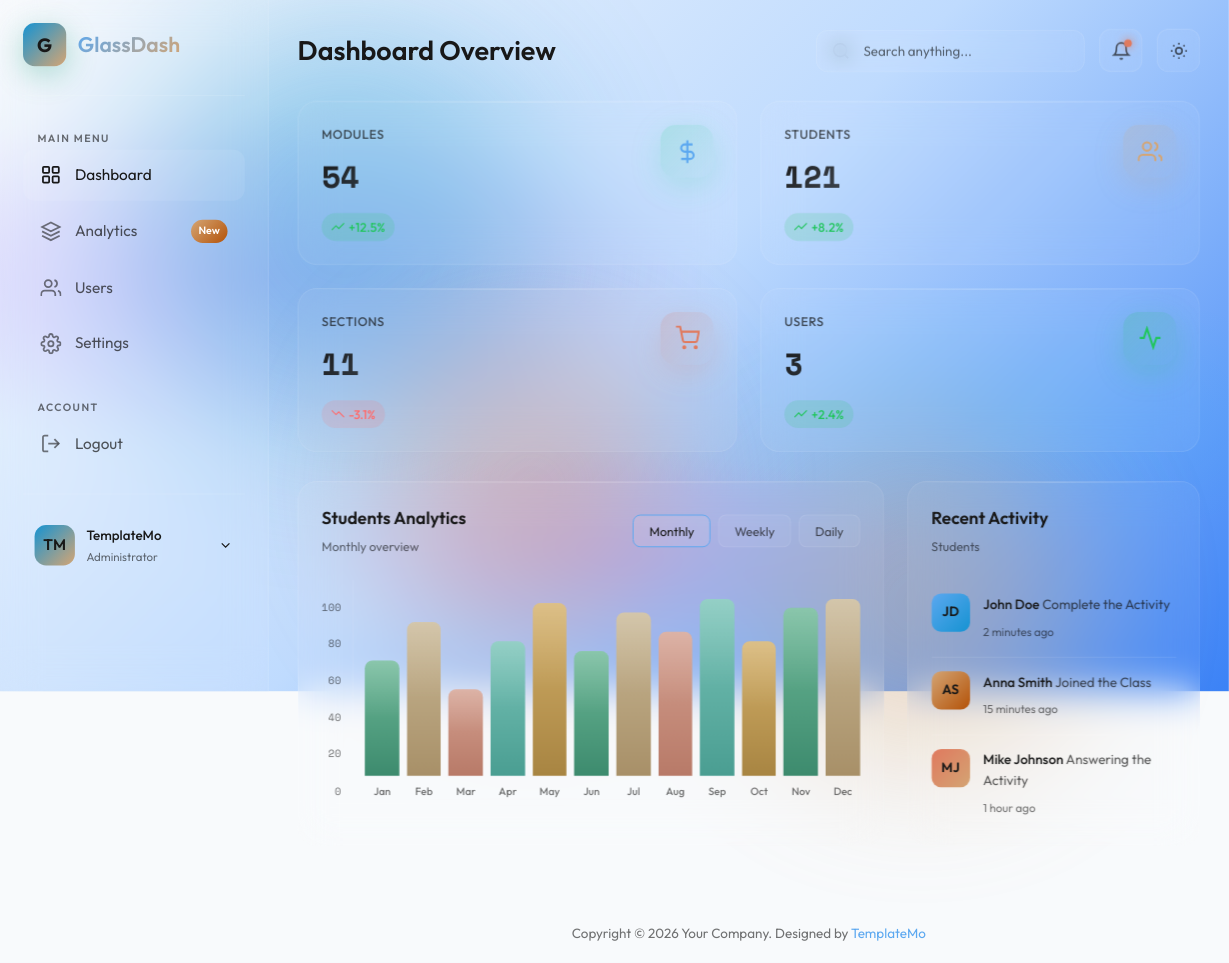
Repository: JetSpy-404/Storyboarding
Page: index.html
These files come from the project's save history. The page is drawn as it stood at one moment and after a run of saves; the edit follows.
The browser window is 1280 px wide. The pictures show the whole page, at 96% of full size.

Above is the page before, as saved 2026-03-29 19:22:40.

### index.html
<!DOCTYPE html>
<html lang="en">
<head>
    <meta charset="UTF-8">
    <meta name="viewport" content="width=device-width, initial-scale=1.0">
    <title>GlassAdmin Dashboard - 3D Glassmorphism Dashboard</title>
    <meta name="description" content="3D Glassmorphism Dashboard Template by TemplateMo">
    <link rel="preconnect" href="https://fonts.googleapis.com">
    <link rel="preconnect" href="https://fonts.gstatic.com" crossorigin>
    <link href="https://fonts.googleapis.com/css2?family=Outfit:wght@300;400;500;600;700&family=Space+Mono:wght@400;700&display=swap" rel="stylesheet">
    <link rel="stylesheet" href="templatemo-glass-admin-style.css">
    <!--

TemplateMo 607 Glass Admin

https://templatemo.com/tm-607-glass-admin

-->
</head>
<body>
    <!-- Animated Background -->
    <div class="background"></div>
    <div class="orb orb-1"></div>
    <div class="orb orb-2"></div>
    <div class="orb orb-3"></div>

    <div class="dashboard">
        <!-- Sidebar -->
        <aside class="sidebar" id="sidebar">
            <div class="sidebar-header">
                <div class="logo">G</div>
                <span class="logo-text">GlassDash</span>
            </div>

            <ul class="nav-menu">
                <li class="nav-section">
                    <span class="nav-section-title">Main Menu</span>
                    <ul>
                        <li class="nav-item">
                            <a href="index.html" class="nav-link active">
                                <svg class="nav-icon" viewBox="0 0 24 24" fill="none" stroke="currentColor" stroke-width="2">
                                    <rect x="3" y="3" width="7" height="7" rx="1"/>
                                    <rect x="14" y="3" width="7" height="7" rx="1"/>
                                    <rect x="3" y="14" width="7" height="7" rx="1"/>
                                    <rect x="14" y="14" width="7" height="7" rx="1"/>
                                </svg>
                                Dashboard
                            </a>
                        </li>
                        <li class="nav-item">
                            <a href="analytics.html" class="nav-link">
                                <svg class="nav-icon" viewBox="0 0 24 24" fill="none" stroke="currentColor" stroke-width="2">
                                    <path d="M12 2L2 7l10 5 10-5-10-5z"/>
                                    <path d="M2 17l10 5 10-5"/>
                                    <path d="M2 12l10 5 10-5"/>
                                </svg>
                                Analytics
                                <span class="nav-badge">New</span>
                            </a>
                        </li>
                        <li class="nav-item">
                            <a href="users.html" class="nav-link">
                                <svg class="nav-icon" viewBox="0 0 24 24" fill="none" stroke="currentColor" stroke-width="2">
                                    <path d="M17 21v-2a4 4 0 0 0-4-4H5a4 4 0 0 0-4 4v2"/>
                                    <circle cx="9" cy="7" r="4"/>
                                    <path d="M23 21v-2a4 4 0 0 0-3-3.87"/>
                                    <path d="M16 3.13a4 4 0 0 1 0 7.75"/>
                                </svg>
                                Users
                            </a>
                        </li>
                        <li class="nav-item">
                            <a href="settings.html" class="nav-link">
                                <svg class="nav-icon" viewBox="0 0 24 24" fill="none" stroke="currentColor" stroke-width="2">
                                    <circle cx="12" cy="12" r="3"/>
                                    <path d="M19.4 15a1.65 1.65 0 0 0 .33 1.82l.06.06a2 2 0 0 1 0 2.83 2 2 0 0 1-2.83 0l-.06-.06a1.65 1.65 0 0 0-1.82-.33 1.65 1.65 0 0 0-1 1.51V21a2 2 0 0 1-2 2 2 2 0 0 1-2-2v-.09A1.65 1.65 0 0 0 9 19.4a1.65 1.65 0 0 0-1.82.33l-.06.06a2 2 0 0 1-2.83 0 2 2 0 0 1 0-2.83l.06-.06a1.65 1.65 0 0 0 .33-1.82 1.65 1.65 0 0 0-1.51-1H3a2 2 0 0 1-2-2 2 2 0 0 1 2-2h.09A1.65 1.65 0 0 0 4.6 9a1.65 1.65 0 0 0-.33-1.82l-.06-.06a2 2 0 0 1 0-2.83 2 2 0 0 1 2.83 0l.06.06a1.65 1.65 0 0 0 1.82.33H9a1.65 1.65 0 0 0 1-1.51V3a2 2 0 0 1 2-2 2 2 0 0 1 2 2v.09a1.65 1.65 0 0 0 1 1.51 1.65 1.65 0 0 0 1.82-.33l.06-.06a2 2 0 0 1 2.83 0 2 2 0 0 1 0 2.83l-.06.06a1.65 1.65 0 0 0-.33 1.82V9a1.65 1.65 0 0 0 1.51 1H21a2 2 0 0 1 2 2 2 2 0 0 1-2 2h-.09a1.65 1.65 0 0 0-1.51 1z"/>
                                </svg>
                                Settings
                            </a>
                        </li>
                    </ul>
                </li>

                <li class="nav-section">
                    <span class="nav-section-title">Account</span>
                    <ul>
                        <li class="nav-item">
                            <a href="login.html" class="nav-link">
                                <svg class="nav-icon" viewBox="0 0 24 24" fill="none" stroke="currentColor" stroke-width="2">
                                    <path d="M9 21H5a2 2 0 0 1-2-2V5a2 2 0 0 1 2-2h4"/>
                                    <polyline points="16 17 21 12 16 7"/>
                                    <line x1="21" y1="12" x2="9" y2="12"/>
                                </svg>
                                Logout
                            </a>
                        </li>
                    </ul>
                </li>
            </ul>

            <div class="sidebar-footer">
                <div class="user-profile">
                    <div class="user-avatar">TM</div>
                    <div class="user-info">
                        <div class="user-name">TemplateMo</div>
                        <div class="user-role">Administrator</div>
                    </div>
                    <svg width="16" height="16" viewBox="0 0 24 24" fill="none" stroke="currentColor" stroke-width="2">
                        <polyline points="6 9 12 15 18 9"/>
                    </svg>
                </div>
            </div>
        </aside>

        <!-- Main Content -->
        <main class="main-content">
            <!-- Top Navbar -->
            <nav class="navbar">
                <h1 class="page-title">Dashboard Overview</h1>
                <div class="navbar-right">
                    <div class="search-box">
                        <svg class="search-icon" viewBox="0 0 24 24" fill="none" stroke="currentColor" stroke-width="2">
                            <circle cx="11" cy="11" r="8"/>
                            <line x1="21" y1="21" x2="16.65" y2="16.65"/>
                        </svg>
                        <input type="text" class="search-input" placeholder="Search anything...">
                    </div>
                    <button class="nav-btn">
                        <svg viewBox="0 0 24 24" fill="none" stroke="currentColor" stroke-width="2">
                            <path d="M18 8A6 6 0 0 0 6 8c0 7-3 9-3 9h18s-3-2-3-9"/>
                            <path d="M13.73 21a2 2 0 0 1-3.46 0"/>
                        </svg>
                        <span class="notification-dot"></span>
                    </button>
                    <button class="nav-btn" id="theme-toggle" title="Toggle Light/Dark Mode">
                        <svg class="icon-sun" viewBox="0 0 24 24" fill="none" stroke="currentColor" stroke-width="2">
                            <circle cx="12" cy="12" r="4"/>
                            <path d="M12 2v2"/><path d="M12 20v2"/>
                            <path d="M4.93 4.93l1.41 1.41"/><path d="M17.66 17.66l1.41 1.41"/>
                            <path d="M2 12h2"/><path d="M20 12h2"/>
                            <path d="M6.34 17.66l-1.41 1.41"/><path d="M19.07 4.93l-1.41 1.41"/>
                        </svg>
                        <svg class="icon-moon" viewBox="0 0 24 24" fill="none" stroke="currentColor" stroke-width="2" style="display: none;">
                            <path d="M21 12.79A9 9 0 1 1 11.21 3 7 7 0 0 0 21 12.79z"/>
                        </svg>
                    </button>
                </div>
            </nav>

            <!-- Stats Cards -->
            <section class="stats-grid">
                <div class="glass-card glass-card-3d stat-card">
                    <div class="stat-card-inner">
                        <div class="stat-info">
                            <h3>Modules</h3>
                            <div class="stat-value">54</div>
                            <span class="stat-change positive">
                                <svg width="14" height="14" viewBox="0 0 24 24" fill="none" stroke="currentColor" stroke-width="2"><polyline points="23 6 13.5 15.5 8.5 10.5 1 18"/></svg>
                                +12.5%
                            </span>
                        </div>
                        <div class="stat-icon cyan">
                            <svg viewBox="0 0 24 24" fill="none" stroke="var(--emerald-light)" stroke-width="2">
                                <line x1="12" y1="1" x2="12" y2="23"/><path d="M17 5H9.5a3.5 3.5 0 0 0 0 7h5a3.5 3.5 0 0 1 0 7H6"/>
                            </svg>
                        </div>
                    </div>
                </div>

                <div class="glass-card glass-card-3d stat-card">
                    <div class="stat-card-inner">
                        <div class="stat-info">
                            <h3>Students</h3>
                            <div class="stat-value">121</div>
                            <span class="stat-change positive">
                                <svg width="14" height="14" viewBox="0 0 24 24" fill="none" stroke="currentColor" stroke-width="2"><polyline points="23 6 13.5 15.5 8.5 10.5 1 18"/></svg>
                                +8.2%
                            </span>
                        </div>
                        <div class="stat-icon magenta">
                            <svg viewBox="0 0 24 24" fill="none" stroke="var(--gold)" stroke-width="2">
                                <path d="M17 21v-2a4 4 0 0 0-4-4H5a4 4 0 0 0-4 4v2"/><circle cx="9" cy="7" r="4"/>
                                <path d="M23 21v-2a4 4 0 0 0-3-3.87"/><path d="M16 3.13a4 4 0 0 1 0 7.75"/>
                            </svg>
                        </div>
                    </div>
                </div>

                <div class="glass-card glass-card-3d stat-card">
                    <div class="stat-card-inner">
                        <div class="stat-info">
                            <h3>Sections</h3>
                            <div class="stat-value">11</div>
                            <span class="stat-change negative">
                                <svg width="14" height="14" viewBox="0 0 24 24" fill="none" stroke="currentColor" stroke-width="2"><polyline points="23 18 13.5 8.5 8.5 13.5 1 6"/></svg>
                                -3.1%
                            </span>
                        </div>
                        <div class="stat-icon purple">
                            <svg viewBox="0 0 24 24" fill="none" stroke="var(--coral)" stroke-width="2">
                                <circle cx="9" cy="21" r="1"/><circle cx="20" cy="21" r="1"/>
                                <path d="M1 1h4l2.68 13.39a2 2 0 0 0 2 1.61h9.72a2 2 0 0 0 2-1.61L23 6H6"/>
                            </svg>
                        </div>
                    </div>
                </div>

                <div class="glass-card glass-card-3d stat-card">
                    <div class="stat-card-inner">
                        <div class="stat-info">
                            <h3>Users</h3>
                            <div class="stat-value">3</div>
                            <span class="stat-change positive">
                                <svg width="14" height="14" viewBox="0 0 24 24" fill="none" stroke="currentColor" stroke-width="2"><polyline points="23 6 13.5 15.5 8.5 10.5 1 18"/></svg>
                                +2.4%
                            </span>
                        </div>
                        <div class="stat-icon success">
                            <svg viewBox="0 0 24 24" fill="none" stroke="var(--success)" stroke-width="2">
                                <polyline points="22 12 18 12 15 21 9 3 6 12 2 12"/>
                            </svg>
                        </div>
                    </div>
                </div>
            </section>

            <!-- Content Grid -->
            <section class="content-grid">
                <!-- Chart Card -->
                <div class="glass-card chart-card">
                    <div class="card-header">
                        <div>
                            <h2 class="card-title">Students Analytics</h2>
                            <p class="card-subtitle">Monthly overview</p>
                        </div>
                        <div class="card-actions">
                            <button class="card-btn active">Monthly</button>
                            <button class="card-btn">Weekly</button>
                            <button class="card-btn">Daily</button>
                        </div>
                    </div>
                    <div class="chart-wrapper">
                        <div class="chart-container">
                            <div class="chart-y-axis">
                                <span class="y-value">100</span>
                                <span class="y-value">80</span>
                                <span class="y-value">60</span>
                                <span class="y-value">40</span>
                                <span class="y-value">20</span>
                                <span class="y-value">0</span>
                            </div>
                            <div class="chart-placeholder">
                                <div class="chart-bar-group"><div class="chart-bar bar-emerald" style="height: 120px;"></div><span class="chart-label">Jan</span></div>
                                <div class="chart-bar-group"><div class="chart-bar bar-gold" style="height: 160px;"></div><span class="chart-label">Feb</span></div>
                                <div class="chart-bar-group"><div class="chart-bar bar-coral" style="height: 90px;"></div><span class="chart-label">Mar</span></div>
                                <div class="chart-bar-group"><div class="chart-bar bar-teal" style="height: 140px;"></div><span class="chart-label">Apr</span></div>
                                <div class="chart-bar-group"><div class="chart-bar bar-amber" style="height: 180px;"></div><span class="chart-label">May</span></div>
                                <div class="chart-bar-group"><div class="chart-bar bar-emerald" style="height: 130px;"></div><span class="chart-label">Jun</span></div>
                                <div class="chart-bar-group"><div class="chart-bar bar-gold" style="height: 170px;"></div><span class="chart-label">Jul</span></div>
                                <div class="chart-bar-group"><div class="chart-bar bar-coral" style="height: 150px;"></div><span class="chart-label">Aug</span></div>
                                <div class="chart-bar-group"><div class="chart-bar bar-teal" style="height: 190px;"></div><span class="chart-label">Sep</span></div>
                                <div class="chart-bar-group"><div class="chart-bar bar-amber" style="height: 140px;"></div><span class="chart-label">Oct</span></div>
                                <div class="chart-bar-group"><div class="chart-bar bar-emerald" style="height: 175px;"></div><span class="chart-label">Nov</span></div>
                                <div class="chart-bar-group"><div class="chart-bar bar-gold" style="height: 200px;"></div><span class="chart-label">Dec</span></div>
                            </div>
                        </div>
                    </div>
                </div>

                <!-- Activity Feed -->
                <div class="glass-card activity-card">
                    <div class="card-header">
                        <div>
                            <h2 class="card-title">Recent Activity</h2>
                            <p class="card-subtitle">Students</p>
                        </div>
                    </div>
                    <div class="activity-list">
                        <div class="activity-item">
                            <div class="activity-avatar" style="background: linear-gradient(135deg, var(--emerald-light), var(--emerald));">JD</div>
                            <div class="activity-content">
                                <p class="activity-text"><strong>John Doe</strong> Complete the Activity</p>
                                <span class="activity-time">2 minutes ago</span>
                            </div>
                        </div>
                        <div class="activity-item">
                            <div class="activity-avatar" style="background: linear-gradient(135deg, var(--gold), var(--amber));">AS</div>
                            <div class="activity-content">
                                <p class="activity-text"><strong>Anna Smith</strong> Joined the Class</p>
                                <span class="activity-time">15 minutes ago</span>
                            </div>
                        </div>
                        <div class="activity-item">
                            <div class="activity-avatar" style="background: linear-gradient(135deg, var(--coral), var(--gold));">MJ</div>
                            <div class="activity-content">
                                <p class="activity-text"><strong>Mike Johnson</strong> Answering the Activity</p>
                                <span class="activity-time">1 hour ago</span>
                            </div>
                        </div>
                        <div class="activity-item">
                            <div class="activity-avatar" style="background: linear-gradient(135deg, var(--success), var(--emerald));">EW</div>
                            <div class="activity-content">
                                <p class="activity-text"><strong>Emily White</strong> Online.</p>
                                <span class="activity-time">2 hours ago</span>
                            </div>
                        </div>
                        <div class="activity-item">
                            <div class="activity-avatar" style="background: linear-gradient(135deg, var(--warning), var(--gold));">RB</div>
                            <div class="activity-content">
                                <p class="activity-text"><strong>Robert Brown</strong> Complete the Tasks.</p>
                                <span class="activity-time">3 hours ago</span>
                            </div>
                        </div>
                    </div>
                </div>
        </main>
    </div>

    <!-- Mobile Menu Toggle -->
    <button class="mobile-menu-toggle">
        <svg viewBox="0 0 24 24" fill="none" stroke="currentColor" stroke-width="2">
            <line x1="3" y1="12" x2="21" y2="12"/><line x1="3" y1="6" x2="21" y2="6"/><line x1="3" y1="18" x2="21" y2="18"/>
        </svg>
    </button>

    <!-- Footer -->
    <footer class="site-footer">
        <p>Copyright © 2026 Your Company. Designed by <a href="https://templatemo.com" target="_blank" rel="nofollow">TemplateMo</a></p>
    </footer>

    <script src="templatemo-glass-admin-script.js"></script>
    <!-- TemplateMo 607 Glass Admin -->
</body>
</html>

Loaded but not shown: templatemo-glass-admin-script.js (324 lines, source omitted); templatemo-glass-admin-style.css (2220 lines, source omitted)

After the next 2 saves:
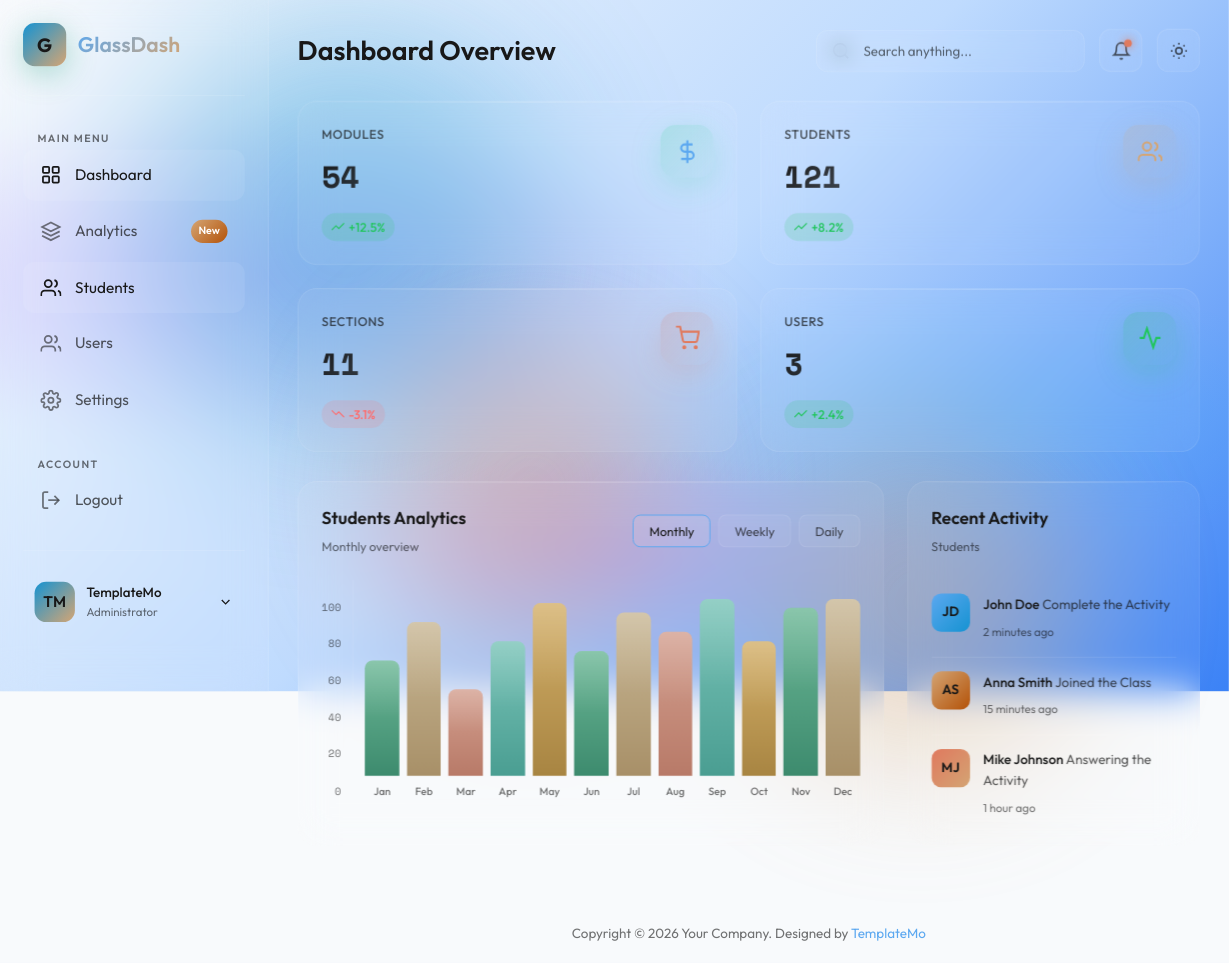
The 2 saves are shown as one change because they came seconds apart.
The last was saved 20 s later.
--- a/index.html
+++ b/index.html
@@ -56,6 +56,15 @@ https://templatemo.com/tm-607-glass-admin
                                 </svg>
                                 Analytics
                                 <span class="nav-badge">New</span>
+                            </a>
+                        </li>
+                        <li class="nav-item">
+                            <a href="students.html" class="nav-link active">
+                                <svg class="nav-icon" viewBox="0 0 24 24" fill="none" stroke="currentColor" stroke-width="2">
+                                    <path d="M17 21v-2a4 4 0 0 0-4-4H5a4 4 0 0 0-4 4v2"/><circle cx="9" cy="7" r="4"/>
+                                    <path d="M23 21v-2a4 4 0 0 0-3-3.87"/><path d="M16 3.13a4 4 0 0 1 0 7.75"/>
+                                </svg>
+                                Students
                             </a>
                         </li>
                         <li class="nav-item">
